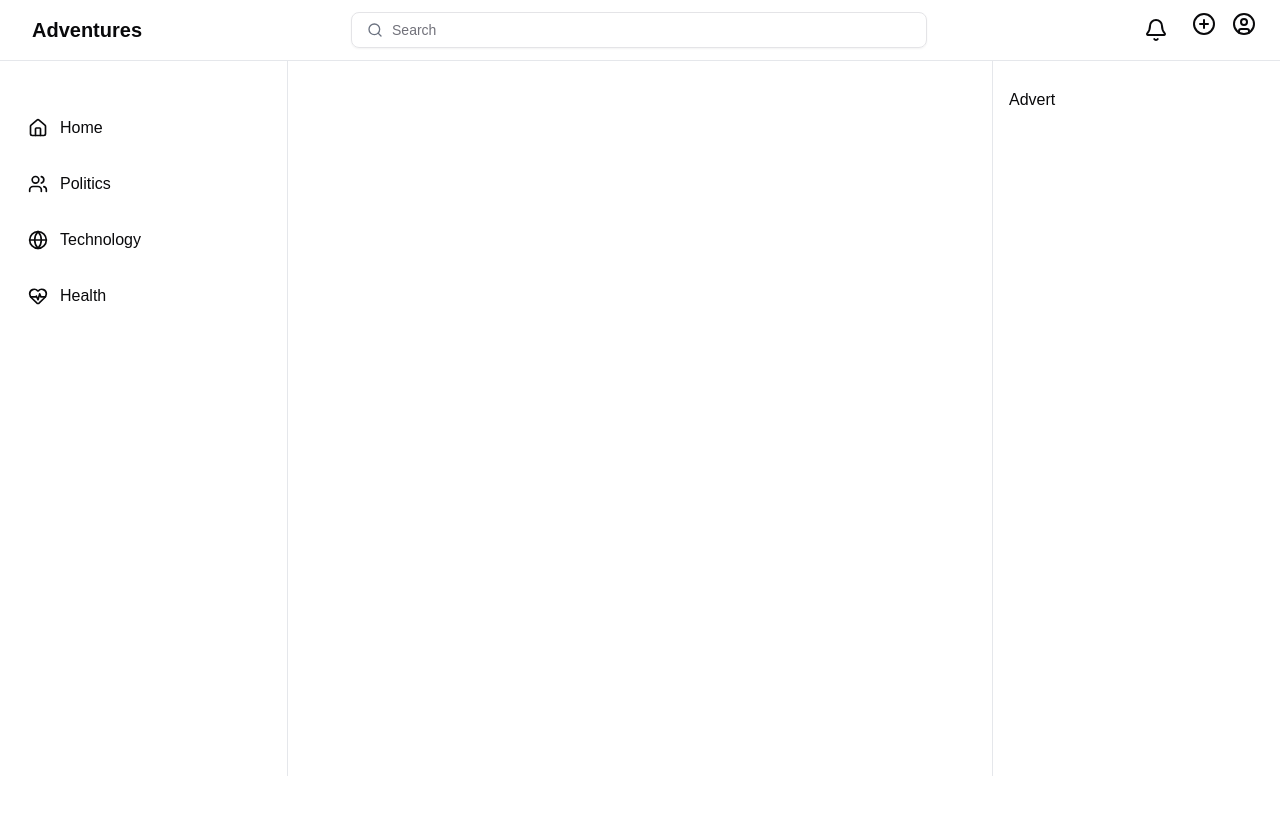
Repository: IssaMuiz/afrixpace-frontend
Page: /
The author's editor kept a copy of each file at every save. The page is drawn from the files as they stood at one save, then again after the next save.
The browser window is 1280 px wide. The pictures show the whole page.
The page's requests for data from a server got no answer. The project was rebuilt for these pictures with package versions that can differ from the ones it lists, and the page was loaded fresh each time. The framework's server and built-in components were replaced by stand-ins that run in the browser. No one was signed in, and anything a server would have sent is missing. Also part of the build but not shown: next.config.ts, components/ui/card.tsx, components/Vote.tsx, components/PostCard.tsx.

Above is the page before, as saved 2025-02-05 04:43:46.

### app/layout.tsx
import type { Metadata } from "next";
import { Geist, Geist_Mono } from "next/font/google";
import "./globals.css";
import Navbar from "@/components/Navbar";
import Sidebar from "@/components/Sidebar";
import AdvertBar from "@/components/Advertbar";

const geistSans = Geist({
  variable: "--font-geist-sans",
  subsets: ["latin"],
});

const geistMono = Geist_Mono({
  variable: "--font-geist-mono",
  subsets: ["latin"],
});

export const metadata: Metadata = {
  title: "Adventurer app",
  description: "Share your adventure experience here",
};

export default function RootLayout({
  children,
}: Readonly<{
  children: React.ReactNode;
}>) {
  return (
    <html lang="en">
      <body
        className={`${geistSans.variable} ${geistMono.variable} min-h-screen antialiased`}
      >
        <Navbar />
        <div className="grid grid-rows-1 lg:grid-rows-[1fr_250px] xl:grid-rows-[250px_1fr_300px] gap-6 h-screen p-4">
          <Sidebar />

          <main className=" lg:mr-[290px]  xl:mx-[300px]">{children}</main>
          <AdvertBar />
        </div>
      </body>
    </html>
  );
}

### app/page.tsx
import Feed from "@/components/Feed";

const HomePage = () => {
  return (
    <div className="h-screen ">
      <Feed />
    </div>
  );
};

export default HomePage;

### components/Navbar.tsx
"use client";
import { Button } from "./ui/button";
import { Input } from "./ui/input";
import { Search } from "lucide-react";
import { Menu } from "lucide-react";
import { BellIcon } from "lucide-react";
import { UserCircle } from "lucide-react";
import { PlusCircle } from "lucide-react";

const Navbar = () => {
  return (
    <nav className="border-b bg-white z-20 fixed left-0 right-0 top-0 border-gray-200 px-6 py-3 flex justify-between items-center">
      <div className="flex space-x-2 items-center">
        <Menu className="xl:hidden block" />
        <h1 className="lg:hidden block text-xl font-semibold">A</h1>
        <h1 className="text-xl font-semibold hidden lg:flex">Adventures</h1>
      </div>
      <div className="relative max-w-xl flex-1 mx-6">
        <Search className=" h-4 absolute left-3 top-1/2 transform -translate-y-1/2 text-gray-500" />
        <Input
          type="text"
          placeholder="Search"
          className="pl-10 w-full border rounded-lg"
        />
      </div>

      <div className=" flex space-x-4">
        <Button
          className=" hover:bg-gray-300 rounded-full cursor-pointer border-none shadow-none p-2 "
          variant="outline"
        >
          <BellIcon className="min-h-6 min-w-6" />
        </Button>

        <PlusCircle />
        <UserCircle />

        {/* <Button variant="outline" className="hover:bg-gray-100">
          Login
        </Button>
        <Button className="hover:bg-white hover:text-black ">Sign up</Button> */}
      </div>
    </nav>
  );
};

export default Navbar;

### components/Sidebar.tsx
"use client";

import Link from "next/link";
import { usePathname } from "next/navigation";
import { categories } from "@/constant";
import { cn } from "@/lib/utils";

const Sidebar = () => {
  const pathname = usePathname();
  return (
    <aside className="fixed hidden xl:block top-14 left-0 bottom-0 w-72 border-r border-gray-200 h-screen dark:bg-gray-900 px-4 pt-12">
      <ul className="space-y-2">
        {categories.map((cat) => (
          <li key={cat.name}>
            <Link
              href={`/${cat.path}`}
              className={cn(
                "flex items-center gap-3 p-3 rounded-md hover:bg-gray-200 dark:hover:bg-gray-800 transition",
                pathname === `/${cat.path}` &&
                  "bg-gray-300 dark:bg-gray-700 font-semibold"
              )}
            >
              <cat.icon className="w-5 h-5" />
              <span>{cat.name}</span>
            </Link>
          </li>
        ))}
      </ul>
    </aside>
  );
};

export default Sidebar;

### components/Advertbar.tsx
const AdvertBar = () => {
  return (
    <aside className="hidden lg:block fixed right-0 top-14 bottom-0 w-72 border-l border-gray-200 h-full bg-white pt-8 px-4">
      Advert
    </aside>
  );
};

export default AdvertBar;

### components/Feed.tsx
"use client";

import { useEffect, useState } from "react";
import PostCard from "./PostCard";

interface Post {
  id: string;
  title: string;
  content: string;
  votes: number;
  mediaUrl?: string;
  mediaType: "image" | "video";
}

const Feed = () => {
  const [posts, setPosts] = useState<Post[]>([]);

  useEffect(() => {
    async function fetchPost() {
      const res = await fetch("/api/posts");
      const data = await res.json();
      setPosts(data);
    }
    fetchPost();
  }, []);
  return (
    <section className="space-y-6 mt-20">
      {posts.map((post) => (
        <PostCard key={post.id} post={post} />
      ))}
    </section>
  );
};

export default Feed;

### components/ui/button.tsx
import * as React from "react"
import { Slot } from "@radix-ui/react-slot"
import { cva, type VariantProps } from "class-variance-authority"

import { cn } from "@/lib/utils"

const buttonVariants = cva(
  "inline-flex items-center justify-center gap-2 whitespace-nowrap rounded-md text-sm font-medium transition-colors focus-visible:outline-none focus-visible:ring-1 focus-visible:ring-ring disabled:pointer-events-none disabled:opacity-50 [&_svg]:pointer-events-none [&_svg]:size-4 [&_svg]:shrink-0",
  {
    variants: {
      variant: {
        default:
          "bg-primary text-primary-foreground shadow hover:bg-primary/90",
        destructive:
          "bg-destructive text-destructive-foreground shadow-sm hover:bg-destructive/90",
        outline:
          "border border-input bg-background shadow-sm hover:bg-accent hover:text-accent-foreground",
        secondary:
          "bg-secondary text-secondary-foreground shadow-sm hover:bg-secondary/80",
        ghost: "hover:bg-accent hover:text-accent-foreground",
        link: "text-primary underline-offset-4 hover:underline",
      },
      size: {
        default: "h-9 px-4 py-2",
        sm: "h-8 rounded-md px-3 text-xs",
        lg: "h-10 rounded-md px-8",
        icon: "h-9 w-9",
      },
    },
    defaultVariants: {
      variant: "default",
      size: "default",
    },
  }
)

export interface ButtonProps
  extends React.ButtonHTMLAttributes<HTMLButtonElement>,
    VariantProps<typeof buttonVariants> {
  asChild?: boolean
}

const Button = React.forwardRef<HTMLButtonElement, ButtonProps>(
  ({ className, variant, size, asChild = false, ...props }, ref) => {
    const Comp = asChild ? Slot : "button"
    return (
      <Comp
        className={cn(buttonVariants({ variant, size, className }))}
        ref={ref}
        {...props}
      />
    )
  }
)
Button.displayName = "Button"

export { Button, buttonVariants }

### components/ui/input.tsx
import * as React from "react"

import { cn } from "@/lib/utils"

const Input = React.forwardRef<HTMLInputElement, React.ComponentProps<"input">>(
  ({ className, type, ...props }, ref) => {
    return (
      <input
        type={type}
        className={cn(
          "flex h-9 w-full rounded-md border border-input bg-transparent px-3 py-1 text-base shadow-sm transition-colors file:border-0 file:bg-transparent file:text-sm file:font-medium file:text-foreground placeholder:text-muted-foreground focus-visible:outline-none focus-visible:ring-1 focus-visible:ring-ring disabled:cursor-not-allowed disabled:opacity-50 md:text-sm",
          className
        )}
        ref={ref}
        {...props}
      />
    )
  }
)
Input.displayName = "Input"

export { Input }

### constant.ts
import { Home, Users, Globe, HeartPulseIcon } from "lucide-react";

export const categories = [
  {
    name: "Home",
    icon: Home,
    path: "/",
  },
  {
    name: "Politics",
    icon: Users,
    path: "explore/politics",
  },
  {
    name: "Technology",
    icon: Globe,
    path: "explore/technology",
  },
  {
    name: "Health",
    icon: HeartPulseIcon,
    path: "explore/health",
  },
];

### lib/utils.ts
/* eslint-disable @typescript-eslint/no-explicit-any */
import { clsx } from "clsx";
import { twMerge } from "tailwind-merge";

export function cn(...inputs: any[]) {
  return twMerge(clsx(inputs));
}

### tailwind.config.ts
import type { Config } from "tailwindcss";
import tailwindAnimate from "tailwindcss-animate";

export default {
  darkMode: ["class"],
  content: [
    "./pages/**/*.{js,ts,jsx,tsx,mdx}",
    "./components/**/*.{js,ts,jsx,tsx,mdx}",
    "./app/**/*.{js,ts,jsx,tsx,mdx}",
  ],
  theme: {
    extend: {
      colors: {
        background: "hsl(var(--background))",
        foreground: "hsl(var(--foreground))",
        card: {
          DEFAULT: "hsl(var(--card))",
          foreground: "hsl(var(--card-foreground))",
        },
        popover: {
          DEFAULT: "hsl(var(--popover))",
          foreground: "hsl(var(--popover-foreground))",
        },
        primary: {
          DEFAULT: "hsl(var(--primary))",
          foreground: "hsl(var(--primary-foreground))",
        },
        secondary: {
          DEFAULT: "hsl(var(--secondary))",
          foreground: "hsl(var(--secondary-foreground))",
        },
        muted: {
          DEFAULT: "hsl(var(--muted))",
          foreground: "hsl(var(--muted-foreground))",
        },
        accent: {
          DEFAULT: "hsl(var(--accent))",
          foreground: "hsl(var(--accent-foreground))",
        },
        destructive: {
          DEFAULT: "hsl(var(--destructive))",
          foreground: "hsl(var(--destructive-foreground))",
        },
        border: "hsl(var(--border))",
        input: "hsl(var(--input))",
        ring: "hsl(var(--ring))",
        chart: {
          "1": "hsl(var(--chart-1))",
          "2": "hsl(var(--chart-2))",
          "3": "hsl(var(--chart-3))",
          "4": "hsl(var(--chart-4))",
          "5": "hsl(var(--chart-5))",
        },
      },
      borderRadius: {
        lg: "var(--radius)",
        md: "calc(var(--radius) - 2px)",
        sm: "calc(var(--radius) - 4px)",
      },
    },
  },

  plugins: [tailwindAnimate],
} satisfies Config;

Loaded but not shown: app/globals.css (common file)

After the next save:
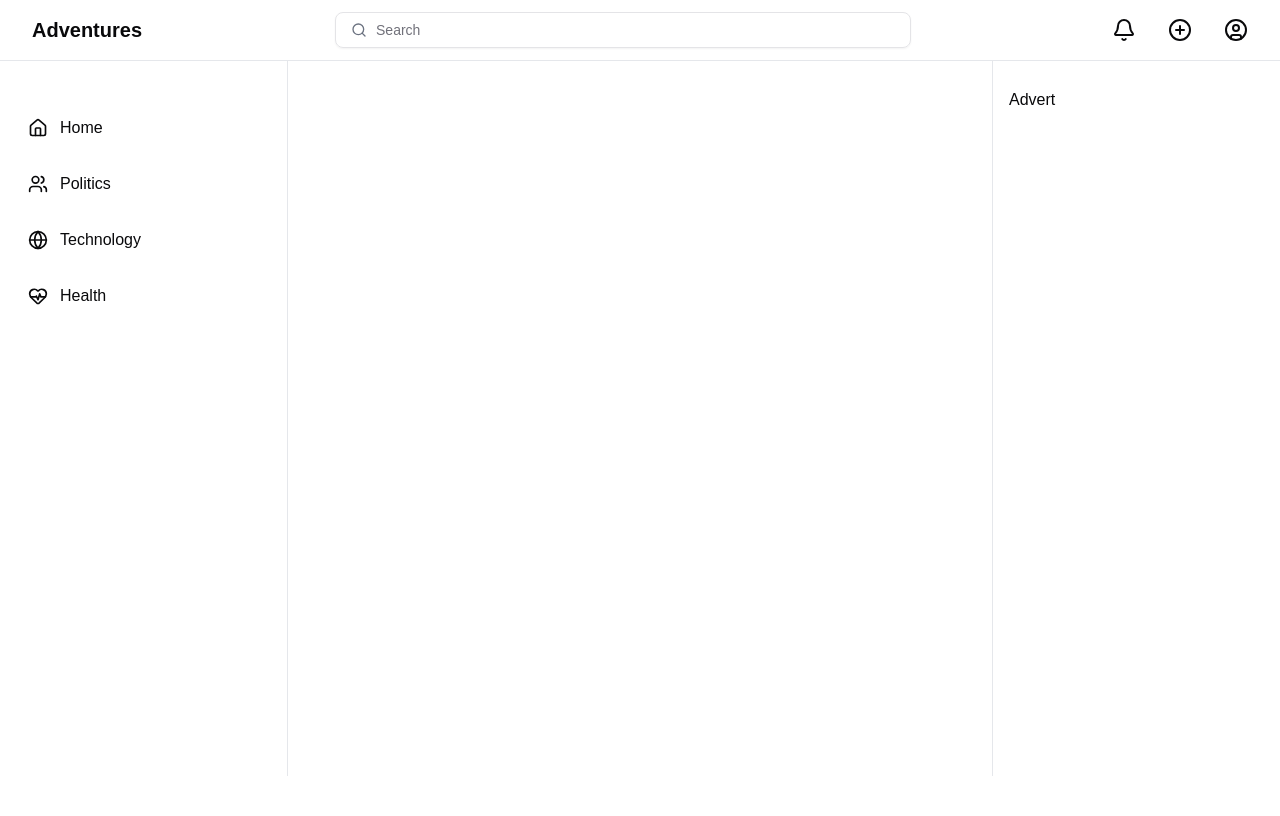
Saved 65 s later.
--- a/components/Navbar.tsx
+++ b/components/Navbar.tsx
@@ -31,9 +31,18 @@ const Navbar = () => {
         >
           <BellIcon className="min-h-6 min-w-6" />
         </Button>
-
-        <PlusCircle />
-        <UserCircle />
+        <Button
+          className=" hover:bg-gray-300 rounded-full cursor-pointer border-none shadow-none p-2 "
+          variant="outline"
+        >
+          <PlusCircle className="min-h-6 min-w-6" />
+        </Button>
+        <Button
+          className=" hover:bg-gray-300 rounded-full cursor-pointer border-none shadow-none p-2 "
+          variant="outline"
+        >
+          <UserCircle className="min-h-6 min-w-6" />
+        </Button>
 
         {/* <Button variant="outline" className="hover:bg-gray-100">
           Login
